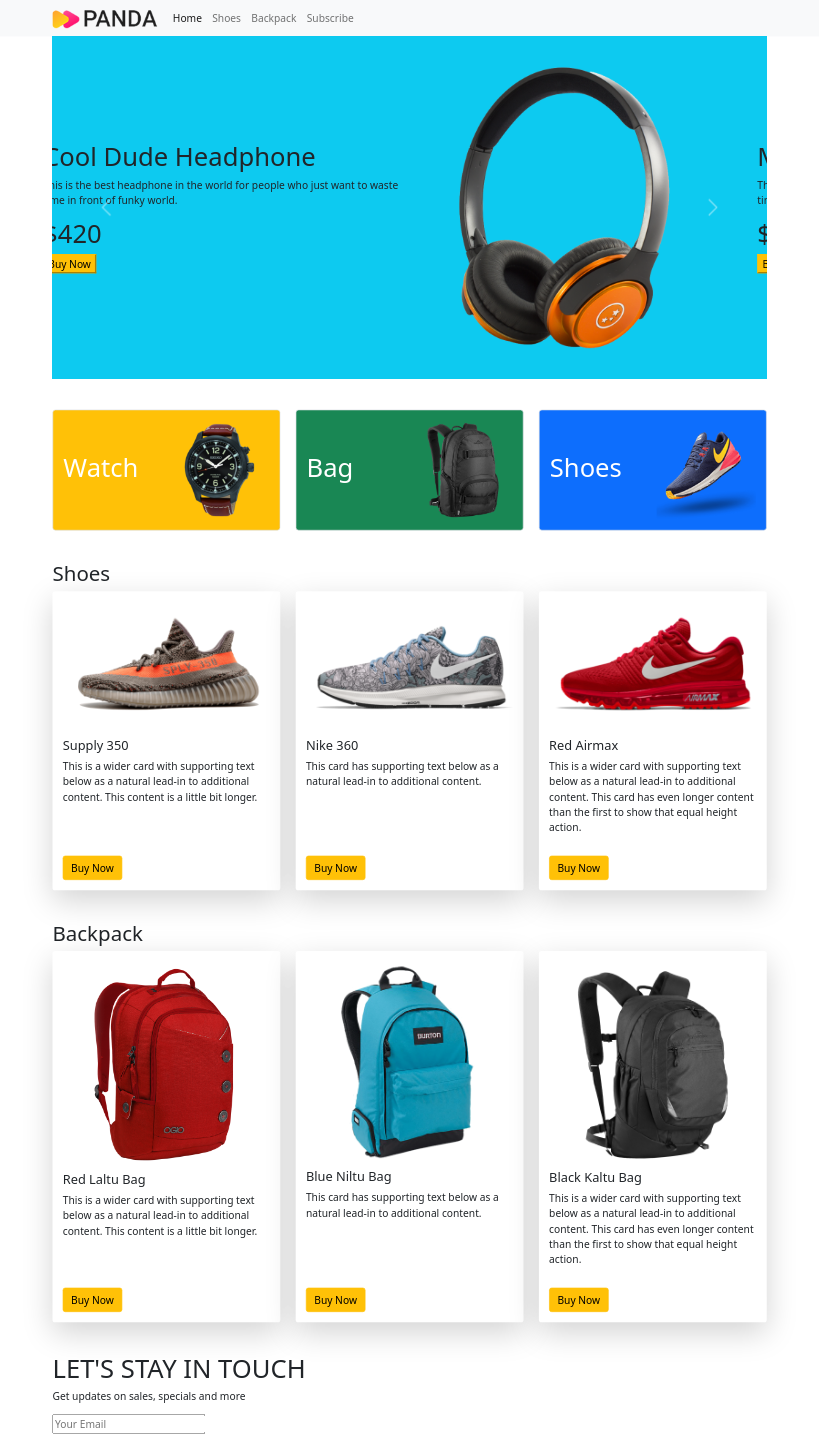
Repository: mdmohiddin/panda-commerce-rp
Page: index.html
The author's editor kept a copy of each file at every save. The page is drawn from the files as they stood at one save, then again after the next save.
The browser window is 1280 px wide. The pictures show the whole page, at 64% of full size.

Above is the page before, as saved 2021-07-28 19:39:01.

### index.html
<!DOCTYPE html>
<html lang="en">
<head>
    <meta charset="UTF-8">
    <meta http-equiv="X-UA-Compatible" content="IE=edge">
    <meta name="viewport" content="width=device-width, initial-scale=1.0">
    <title>panda-commerce</title>
    <!-- Bootstrap Stylesheet -->
    <link href="https://cdn.jsdelivr.net/npm/bootstrap@5.0.2/dist/css/bootstrap.min.css" rel="stylesheet" integrity="sha384-EVSTQN3/azprG1Anm3QDgpJLIm9Nao0Yz1ztcQTwFspd3yD65VohhpuuCOmLASjC" crossorigin="anonymous">

</head>
<body>
    <!-- header star -->
    <header>
        <nav class="navbar navbar-expand-lg navbar-light bg-light">
            <div class="container">
              <a class="navbar-brand" href="#">
                <img src="images/logo.png" alt="">
              </a>
              <button class="navbar-toggler" type="button" data-bs-toggle="collapse" data-bs-target="#navbarSupportedContent" aria-controls="navbarSupportedContent" aria-expanded="false" aria-label="Toggle navigation">
                <span class="navbar-toggler-icon"></span>
              </button>
              <div class="collapse navbar-collapse" id="navbarSupportedContent">

                <ul class="navbar-nav me-auto mb-2 mb-lg-0">

                    <li class="nav-item">
                    <a class="nav-link active" aria-current="page" href="#">Home</a>
                  </li>

                  <li class="nav-item">
                    <a class="nav-link" href="#">Shoes</a>
                  </li>

                  <li class="nav-item">
                    <a class="nav-link" href="#">Backpack</a>
                  </li>

                  <li class="nav-item">
                    <a class="nav-link" href="#">Subscribe</a>
                  </li>

                </ul>
              </div>
            </div>
          </nav>

          <!-- image slider -->
          <section class="container">
            <div id="carouselExampleControls" class="carousel slide" data-bs-ride="carousel">

                <div class="carousel-inner">

                    <div class="carousel-item active">

                        <div class="row bg-info p-5 d-flex align-items-center">
                            <div class="col-lg-7">
                                <h1>Cool Dude Headphone</h1>
                                <p>This is the best headphone in the world for people who just want to waste time in front of funky world.</p>
                                <h1>$420</h1>
                                <button class="btn-warning">Buy Now</button>
                            </div>
                            <div class="col-lg-5">
                                <img src="images/banner-images/headphone.png" class="d-block w-100" alt="...">
                            </div>
                        </div>
                  </div>

                  <div class="carousel-item">
                    <div class="row bg-info p-5 d-flex align-items-center">
                        <div class="col-lg-7">
                            <h1>Mega LCD TV For Sports</h1>
                            <p>This is the best headphone in the world for people who just want to waste time in front of funky world.</p>
                            <h1>$420</h1>
                            <button class="btn-warning">Buy Now</button>
                        </div>
                        <div class="col-lg-5">
                            <img src="images/banner-images/tv.png" class="d-block w-100" alt="...">
                        </div>
                    </div>
                  </div>

                  <div class="carousel-item">
                    <div class="row bg-info p-5 d-flex align-items-center">
                        <div class="col-lg-7">
                            <h1>X-Box for your living room</h1>
                            <p>This is the best headphone in the world for people who just want to waste time in front of funky world.</p>
                            <h1>$600</h1>
                            <button class="btn-warning">Buy Now</button>
                        </div>
                        <div class="col-lg-5">
                            <img src="images/banner-images/xbox.png" class="d-block w-100" alt="...">
                        </div>
                    </div>
                  </div>
                </div>
                <button class="carousel-control-prev" type="button" data-bs-target="#carouselExampleControls" data-bs-slide="prev">
                  <span class="carousel-control-prev-icon" aria-hidden="true"></span>
                  <span class="visually-hidden">Previous</span>
                </button>
                <button class="carousel-control-next" type="button" data-bs-target="#carouselExampleControls" data-bs-slide="next">
                  <span class="carousel-control-next-icon" aria-hidden="true"></span>
                  <span class="visually-hidden">Next</span>
                </button>
              </div>
          </section>
    </header>
    <!-- header end -->

    <main>
        <!-- catergories -->
        <section class="container my-5">
                <div class="row g-4">

                  <div class="col-lg-4 col-md-6 col-12">
                    <div class="p-3 border bg-warning d-flex align-items-center d-flex justify-content-between rounded-3">
                        <h1 class="text-white">Watch</h1>
                        <img src="images/categories/watch.png" alt="">
                    </div>
                  </div>

                  <div class="col-lg-4 col-md-6 col-12">
                    <div class="p-3 border bg-success d-flex align-items-center d-flex justify-content-between rounded-3">
                        <h1 class="text-white">Bag</h1>
                        <img src="images/categories/bag.png" alt="">
                    </div>
                  </div>

                  <div class="col-lg-4 col-md-6 col-12">
                    <div class="p-3 border bg-primary d-flex align-items-center d-flex justify-content-between rounded-3">
                        <h1 class="text-white">Shoes</h1>
                        <img src="images/categories/shoes.png" alt="">
                    </div>
                  </div>
                </div>
        </section>

        <!-- Shoes -->
        <section class="container">
            <h2>Shoes</h2>
            <div class="row row-cols-1 row-cols-md-2 row-cols-lg-3 g-4">

                <div class="col">
                  <div class="card h-100 border-0 shadow-lg">
                    <img src="images/shoes/shoe-1.png" class="card-img-top" alt="...">
                    <div class="card-body">
                      <h5 class="card-title">Supply 350</h5>
                      <p class="card-text">This is a wider card with supporting text below as a natural lead-in to additional content. This content is a little bit longer.</p>
                    </div>
                    <div class="m-3">
                     <button class="btn btn-warning">Buy Now</button>
                    </div>
                  </div>
                </div>

                <div class="col">
                  <div class="card h-100 border-0 shadow-lg">
                    <img src="images/shoes/shoe-2.png" class="card-img-top" alt="...">
                    <div class="card-body">
                      <h5 class="card-title">Nike 360</h5>
                      <p class="card-text">This card has supporting text below as a natural lead-in to additional content.</p>
                    </div>
                    <div class="m-3">
                      <button class="btn btn-warning">Buy Now</button>
                    </div>
                  </div>
                </div>

                <div class="col">
                  <div class="card h-100 border-0 shadow-lg">
                    <img src="images/shoes/shoe-3.png" class="card-img-top" alt="...">
                    <div class="card-body">
                      <h5 class="card-title">Red Airmax</h5>
                      <p class="card-text">This is a wider card with supporting text below as a natural lead-in to additional content. This card has even longer content than the first to show that equal height action.</p>
                    </div>
                    <div class="m-3">
                     <button class="btn btn-warning">Buy Now</button>
                    </div>
                  </div>
                </div>
              </div>
        </section>

        <!-- Backpack -->
        <section class="container my-5">
            <h2>Backpack</h2>
            <div class="row row-cols-1 row-cols-md-2 row-cols-lg-3 g-4">

                <div class="col">
                  <div class="card h-100 border-0 shadow-lg">
                    <img src="images/bags/bag-1.png" class="card-img-top" alt="...">
                    <div class="card-body">
                      <h5 class="card-title">Red Laltu Bag</h5>
                      <p class="card-text">This is a wider card with supporting text below as a natural lead-in to additional content. This content is a little bit longer.</p>
                    </div>
                    <div class="m-3">
                     <button class="btn btn-warning">Buy Now</button>
                    </div>
                  </div>
                </div>

                <div class="col">
                  <div class="card h-100 border-0 shadow-lg">
                    <img src="images/bags/bag-2.png" class="card-img-top" alt="...">
                    <div class="card-body">
                      <h5 class="card-title">Blue Niltu Bag</h5>
                      <p class="card-text">This card has supporting text below as a natural lead-in to additional content.</p>
                    </div>
                    <div class="m-3">
                      <button class="btn btn-warning">Buy Now</button>
                    </div>
                  </div>
                </div>

                <div class="col">
                  <div class="card h-100 border-0 shadow-lg">
                    <img src="images/bags/bag-3.png" class="card-img-top" alt="...">
                    <div class="card-body">
                      <h5 class="card-title">Black Kaltu Bag</h5>
                      <p class="card-text">This is a wider card with supporting text below as a natural lead-in to additional content. This card has even longer content than the first to show that equal height action.</p>
                    </div>
                    <div class="m-3">
                     <button class="btn btn-warning">Buy Now</button>
                    </div>
                  </div>
                </div>
              </div>
        </section>

        <!-- Subscription -->
        <section class="container">
            <h1>LET'S STAY IN TOUCH</h1>
            <p>Get updates on sales, specials and more</p>
            <input type="text" placeholder="Your Email">
        </section>
    </main>
    <footer>

    </footer>

    <!-- Bootstrap JS -->
    <script src="https://cdn.jsdelivr.net/npm/bootstrap@5.0.2/dist/js/bootstrap.bundle.min.js" integrity="sha384-MrcW6ZMFYlzcLA8Nl+NtUVF0sA7MsXsP1UyJoMp4YLEuNSfAP+JcXn/tWtIaxVXM" crossorigin="anonymous"></script>
</body>
</html>

After the next save:
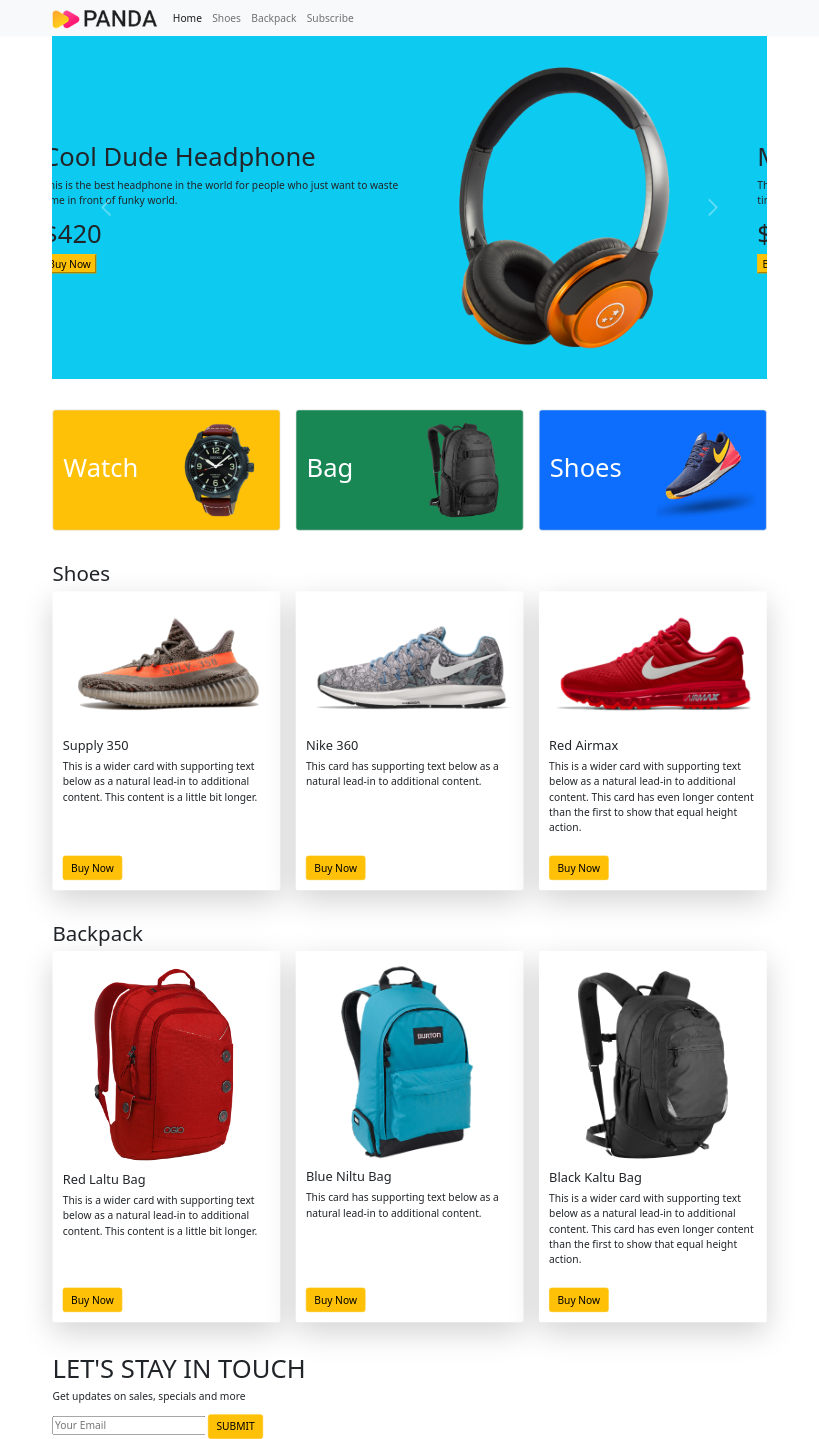
Saved 37 s later.
--- a/index.html
+++ b/index.html
@@ -232,6 +232,7 @@
             <h1>LET'S STAY IN TOUCH</h1>
             <p>Get updates on sales, specials and more</p>
             <input type="text" placeholder="Your Email">
+            <button class="btn btn-warning">SUBMIT</button>
         </section>
     </main>
     <footer>
